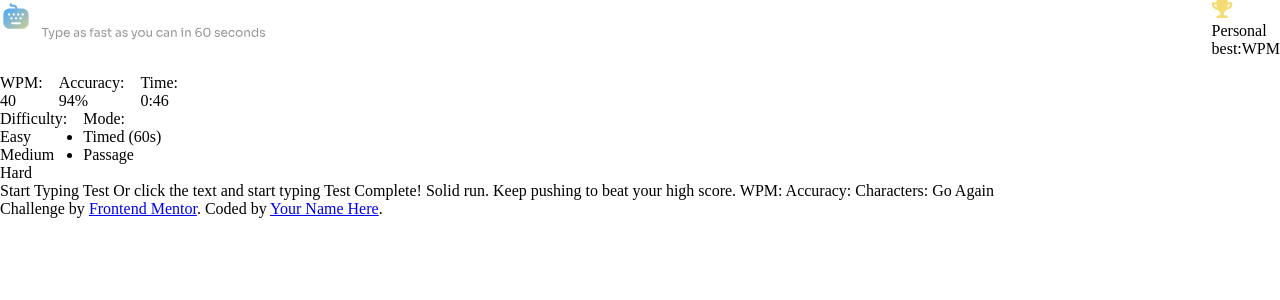
Repository: eva003n/typing-speed-test
Page: index.html
These files come from the project's save history. The page is drawn as it stood at one moment and after the next save; the edit follows.
The browser window is 1280 px wide. The pictures show the whole page.

Above is the page before, as saved 2026-02-13 00:47:20.

After the next save:
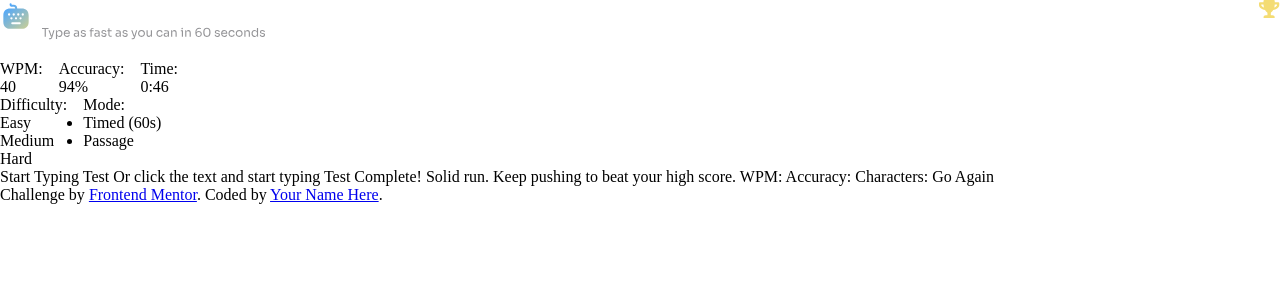
Saved 77 s later.
--- a/index.html
+++ b/index.html
@@ -43,8 +43,7 @@
               d="M19.406 2.25c.457 0 .844.387.844.844v1.969c0 1.265-.809 2.566-2.18 3.55-1.125.809-2.46 1.301-3.867 1.477-1.125 1.828-2.39 2.566-2.39 2.566v2.531H13.5c1.23 0 2.25.739 2.25 1.97v.421c0 .246-.21.422-.422.422H4.922a.406.406 0 0 1-.422-.422v-.422c0-1.23.984-1.968 2.25-1.968h1.688v-2.532s-1.301-.738-2.426-2.566c-1.407-.176-2.742-.668-3.867-1.477C.773 7.63 0 6.328 0 5.063v-1.97c0-.456.352-.843.844-.843H4.5V.844C4.5.387 4.852 0 5.344 0h9.562c.457 0 .844.387.844.844V2.25zM3.48 6.785c.422.317.915.563 1.477.774A12.7 12.7 0 0 1 4.5 4.5H2.25v.563c0 .421.352 1.125 1.23 1.722M18 5.062V4.5h-2.285a12.7 12.7 0 0 1-.457 3.059c.562-.211 1.055-.457 1.476-.774C17.367 6.363 18 5.66 18 5.062"
             />
           </svg>
-          <p class="personal-text">Personal</p>
-          <p class="best-txt">best:<span class="typing-unit">WPM</span></p>
+
         </div>
       </div>
       <div class="header-bottom">

After the 2 saves that followed:
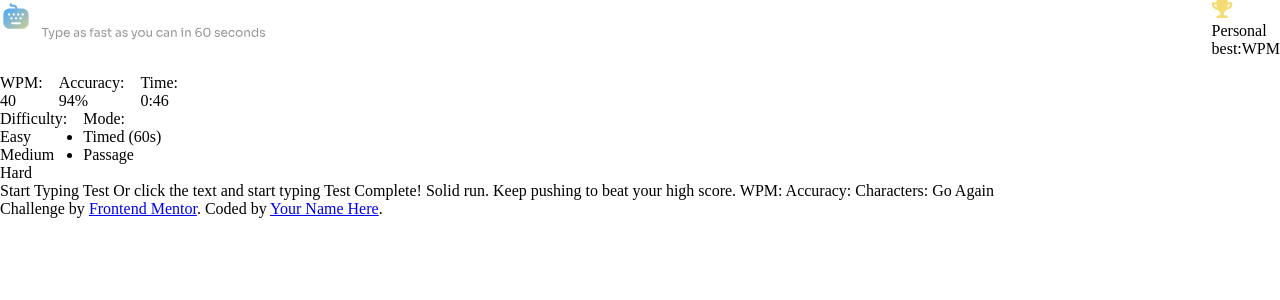
The 2 saves are shown as one change because they came seconds apart.
The last was saved 5 s later.
--- a/index.html
+++ b/index.html
@@ -43,7 +43,10 @@
               d="M19.406 2.25c.457 0 .844.387.844.844v1.969c0 1.265-.809 2.566-2.18 3.55-1.125.809-2.46 1.301-3.867 1.477-1.125 1.828-2.39 2.566-2.39 2.566v2.531H13.5c1.23 0 2.25.739 2.25 1.97v.421c0 .246-.21.422-.422.422H4.922a.406.406 0 0 1-.422-.422v-.422c0-1.23.984-1.968 2.25-1.968h1.688v-2.532s-1.301-.738-2.426-2.566c-1.407-.176-2.742-.668-3.867-1.477C.773 7.63 0 6.328 0 5.063v-1.97c0-.456.352-.843.844-.843H4.5V.844C4.5.387 4.852 0 5.344 0h9.562c.457 0 .844.387.844.844V2.25zM3.48 6.785c.422.317.915.563 1.477.774A12.7 12.7 0 0 1 4.5 4.5H2.25v.563c0 .421.352 1.125 1.23 1.722M18 5.062V4.5h-2.285a12.7 12.7 0 0 1-.457 3.059c.562-.211 1.055-.457 1.476-.774C17.367 6.363 18 5.66 18 5.062"
             />
           </svg>
-
+          <div>
+            <p class="personal-text">Personal</p>
+          <p class="best-txt">best:<span class="typing-unit">WPM</span></p>
+          </div>
         </div>
       </div>
       <div class="header-bottom">
